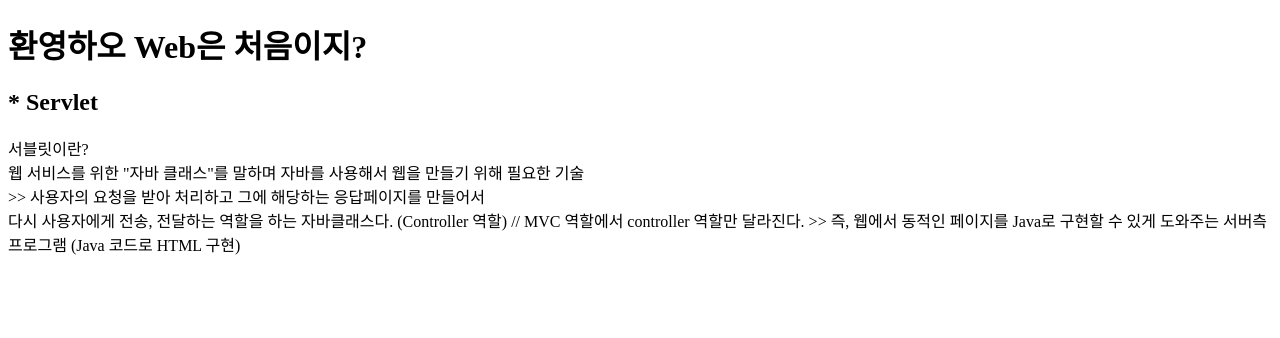
Repository: 1400CP/05_server-workspace1
Page: 1_Servlet/WebContent/index.html
These files come from the project's save history. The page is drawn as it stood at one moment and after the next save; the edit follows.
The browser window is 1280 px wide. The pictures show the whole page.

Above is the page before, as saved 2025-02-14 01:36:27.

After the next save:
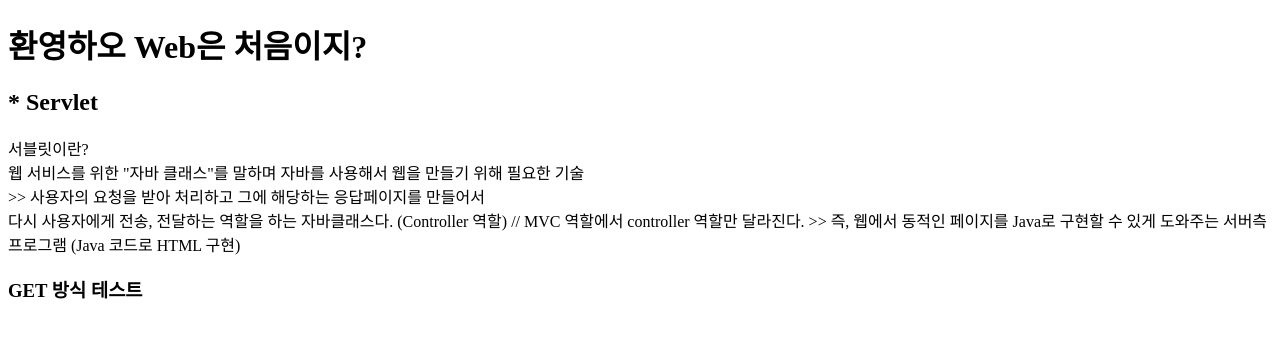
Saved 22 s later.
--- a/1_Servlet/WebContent/index.html
+++ b/1_Servlet/WebContent/index.html
@@ -15,10 +15,11 @@
 		웹 서비스를 위한 "자바 클래스"를 말하며 자바를 사용해서 웹을 만들기 위해 필요한 기술 <br>
 		>> 사용자의 요청을 받아 처리하고 그에 해당하는 응답페이지를 만들어서<br>
 		다시 사용자에게 전송, 전달하는 역할을 하는 자바클래스다. (Controller 역할)
-		// MVC 역할에서 controller 역할만 달라진다.
+			// MVC 역할에서 controller 역할만 달라진다.
 		>> 즉, 웹에서 동적인 페이지를 Java로 구현할 수 있게 도와주는 서버측 프로그램 (Java 코드로 HTML 구현)
+	</p>
 
-	</p>
+	<h3><a>GET 방식 테스트</a></h3>
 
 </body>
 </html>
